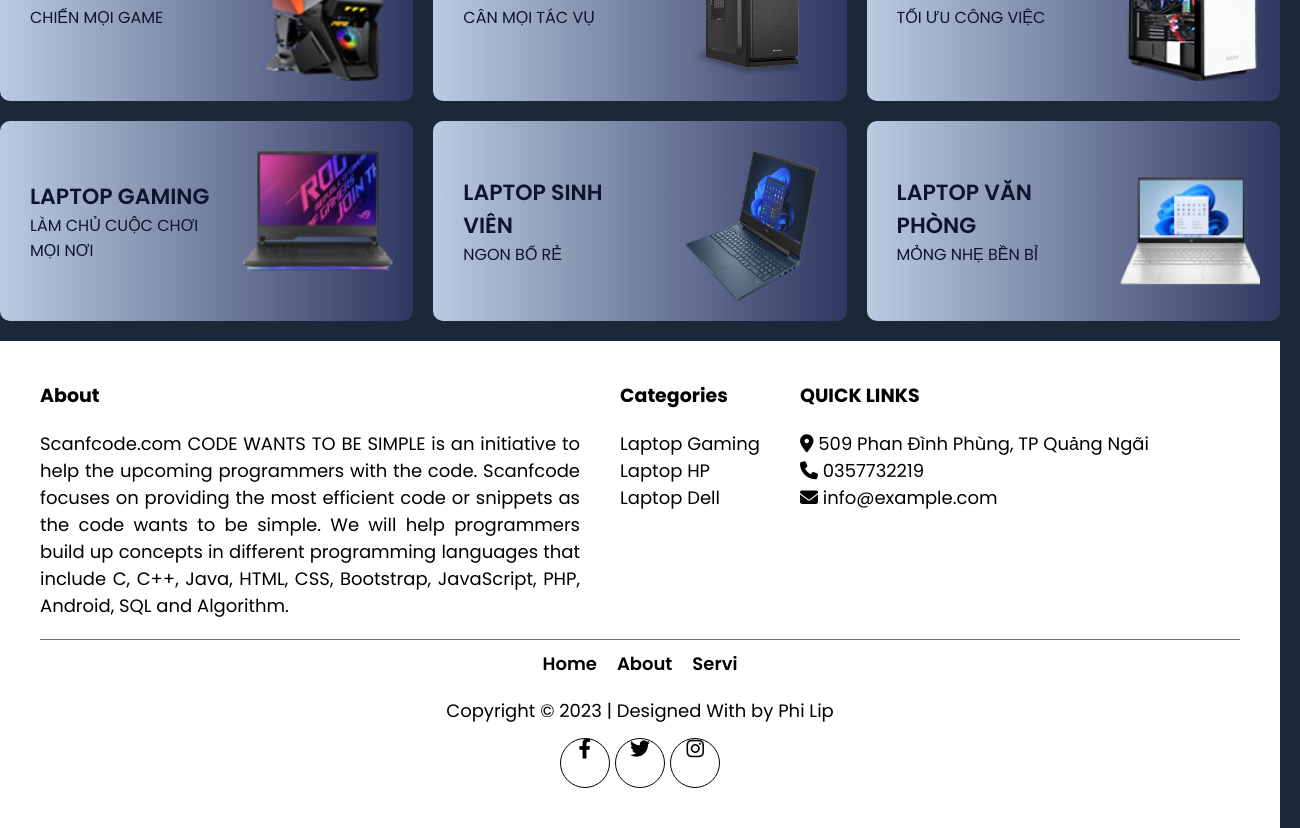
Repository: HPNChanel/DACS
Page: index.html
These files come from the project's save history. The page is drawn as it stood at one moment and after the next save; the edit follows.
The browser window is 1280 px wide. The page is 1300 px wide, so the pictures cover 1300 px, including what lies to the right of the window. The pictures show the part of the page from y = 819 to 1743 px (the page is 1647 px tall before and 1743 px after).

Above is the page before, as saved 2023-04-11 15:29:47.

### index.html
<!DOCTYPE html>
<html lang="en">
    <head>
        <meta charset="UTF-8" />
        <meta http-equiv="X-UA-Compatible" content="IE=edge" />
        <meta name="viewport" content="width=device-width, initial-scale=1.0" />
        <title>TNL Store</title>
        <link rel="stylesheet" href="./style/main.css" />
        <link rel="preconnect" href="https://fonts.googleapis.com" />
        <link rel="preconnect" href="https://fonts.gstatic.com" crossorigin />
        <link
            href="https://fonts.googleapis.com/css2?family=Poppins:ital,wght@0,100;0,200;0,300;0,400;0,500;0,600;0,700;1,100;1,200;1,300;1,400;1,500;1,700&display=swap"
            rel="stylesheet"
        />
        <link
            rel="stylesheet"
            href="https://cdnjs.cloudflare.com/ajax/libs/font-awesome/6.4.0/css/all.min.css"
            integrity="sha512-iecdLmaskl7CVkqkXNQ/ZH/XLlvWZOJyj7Yy7tcenmpD1ypASozpmT/E0iPtmFIB46ZmdtAc9eNBvH0H/ZpiBw=="
            crossorigin="anonymous"
            referrerpolicy="no-referrer"
        />
    </head>
    <body>
        <div class="slider">
            <div class="slides">
                <input type="radio" name="radio-btn" id="radio1" />
                <input type="radio" name="radio-btn" id="radio2" />
                <input type="radio" name="radio-btn" id="radio3" />
                <input type="radio" name="radio-btn" id="radio4" />

                <div class="slide first">
                    <img src="./image/slide-image1.jpg" alt="" />
                </div>
                <div class="slide">
                    <img src="./image/slide-image2.jpg" alt="" />
                </div>
                <div class="slide">
                    <img src="./image/slide-image3.jpg" alt="" />
                </div>
                <div class="slide">
                    <img src="./image/slide-image4.jpg" alt="" />
                </div>

                <div class="navigation-auto">
                    <div class="auto-btn1"></div>
                    <div class="auto-btn2"></div>
                    <div class="auto-btn3"></div>
                    <div class="auto-btn4"></div>
                </div>
            </div>

            <div class="navigation-manual">
                <label for="radio1" class="munual-btn"></label>
                <label for="radio2" class="munual-btn"></label>
                <label for="radio3" class="munual-btn"></label>
                <label for="radio4" class="munual-btn"></label>
            </div>
        </div>
        <!-- Block của content -->
        <div class="block">
            <div class="block-header">
                <span class="block-header-title">DANH MỤC SẢN PHẨM</span>
            </div>
            <div class="block-content">
                <a href="./pc-gaming.html">
                    <div class="text">PC Gaming</div>
                    <div class="text-sub">Chiến mọi game</div>
                    <img src="./image/cat_maytinh_v2.png" alt="" />
                </a>
                <a href="./pc-vanphong.html">
                    <div class="text">PC Văn Phòng</div>
                    <div class="text-sub">Cân mọi tác vụ</div>
                    <img src="./image/cat-vanphong.png" alt="" />
                </a>
                <a href="./pc-dohoa.html">
                    <div class="text">PC Đồ họa</div>
                    <div class="text-sub">Tối ưu công việc</div>
                    <img src="./image/cat_dohoa_v3.png" alt="" />
                </a>
                <a href="./laptop-gaming.html">
                    <div class="text">Laptop Gaming</div>
                    <div class="text-sub">Làm chủ cuộc chơi mọi nơi</div>
                    <img
                        src="./image/cat_ laptop_v2.png"
                        alt=""
                        class="height-image"
                    />
                </a>
                <a href="./laptop-sinhvien.html">
                    <div class="text">Laptop sinh viên</div>
                    <div class="text-sub">Ngon bổ rẻ</div>
                    <img src="./image/laptop_sinhvien.png" alt="" />
                </a>
                <a href="./laptop-vanphong.html">
                    <div class="text">Laptop Văn Phòng</div>
                    <div class="text-sub">Mỏng nhẹ bền bỉ</div>
                    <img src="./image/cat_laptop_hoctap_v2.png" alt="" />
                </a>
            </div>
        </div>

        <!-- footer -->
        <footer>
            <div class="footer-top">
                <div class="footer-about">
                    <h6>About</h6>
                    <p>
                        Scanfcode.com CODE WANTS TO BE SIMPLE is an initiative
                        to help the upcoming programmers with the code.
                        Scanfcode focuses on providing the most efficient code
                        or snippets as the code wants to be simple. We will help
                        programmers build up concepts in different programming
                        languages that include C, C++, Java, HTML, CSS,
                        Bootstrap, JavaScript, PHP, Android, SQL and Algorithm.
                    </p>
                </div>
                <div class="footer-categories">
                    <h6>Categories</h6>
                    <a href=""><p>Laptop Gaming</p></a>
                    <a href=""><p>Laptop HP</p></a>
                    <a href=""><p>Laptop Dell</p></a>
                </div>
                <div class="footer-quickLinks">
                    <h6>QUICK LINKS</h6>
                    <p>
                        <i class="fa-sharp fa-solid fa-location-dot"> </i> 509
                        Phan Đình Phùng, TP Quảng Ngãi
                    </p>
                    <p><i class="fa fa-phone"></i> 0357732219</p>
                    <p><i class="fa-solid fa-envelope"></i> info@example.com</p>
                </div>
            </div>
            <div class="footer-bottom">
                <div class="footer-nav">
                    <a href=""> <p>Home</p> </a>
                    <a href=""> <p>About</p> </a>
                    <a href=""> <p>Servi</p> </a>
                </div>
                <p>Copyright © 2023 | Designed With by Phi Lip</p>
                <div class="footer-icon-about">
                    <a href="">
                        <i class="fa-brands fa-facebook-f"></i>
                    </a>
                    <a href="">
                        <i class="fa-brands fa-twitter"></i>
                    </a>
                    <a href="">
                        <i class="fa-brands fa-instagram"></i>
                    </a>
                </div>
            </div>
        </footer>
        <script src="main.js"></script>
    </body>
</html>

### style/main.css
:root {
    --slide-background-color: #888282;
}
* {
    margin: 0;
    padding: 0;
    box-sizing: border-box;
    list-style: none;
    text-decoration: none;
}
html {
    font-size: 62.5%;
}
body {
    font-family: "Poppins", sans-serif;
    font-size: 1.6rem;
    margin: 0 auto;
    width: 1280px;
    margin: 0 atuo;
    background-color: #1b2838;
}
.slider {
    width: 1280px;
    height: 60rem;
    border-radius: 10px;
    overflow: hidden;
}
.slides {
    width: 500%;
    height: 50rem;
    display: flex;
}
.slides input {
    display: none;
}
.slide {
    width: 20%;
    transition: 2s;
}
.slide img {
    width: 1280px;
    height: 600px;
}

.navigation-manual {
    position: absolute;
    width: 1280px;
    display: flex;
    justify-content: center;
    margin-top: 40px;
}
.munual-btn {
    border: 2px solid var(--slide-background-color);
    padding: 5px;
    border-radius: 10px;
    cursor: pointer;
    transition: 1s;
}
.munual-btn:not(:last-child) {
    margin-right: 10px;
}
.munual-btn:hover {
    background-color: var(--slide-background-color);
}

#radio1:checked ~ .first {
    margin-left: 0;
}
#radio2:checked ~ .first {
    margin-left: -20%;
}
#radio3:checked ~ .first {
    margin-left: -40%;
}
#radio4:checked ~ .first {
    margin-left: -60%;
}

.navigation-auto {
    position: absolute;
    display: flex;
    width: 1280px;
    justify-content: center;
    margin-top: 540px;
}
.navigation-auto div {
    border: 2px solid var(--slide-background-color);
    padding: 5px;
    border-radius: 10px;
    transition: 1s;
}
.navigation-auto div:not(:last-child) {
    margin-right: 10px;
}

#radio1:checked ~ .navigation-auto .auto-btn1 {
    background-color: var(--slide-background-color);
}
#radio2:checked ~ .navigation-auto .auto-btn2 {
    background-color: var(--slide-background-color);
}
#radio3:checked ~ .navigation-auto .auto-btn3 {
    background-color: var(--slide-background-color);
}
#radio4:checked ~ .navigation-auto .auto-btn4 {
    background-color: var(--slide-background-color);
}

.block {
    margin-top: 60px;
}
.block-header {
    display: flex;
    align-items: center;
    justify-content: center;
    background-color: #aba4a4;
    height: 10px;
}
.block-header-title {
    position: relative;
    padding-left: 50px;
    padding-right: 50px;
    background-color: white;
    font-weight: 600;
    border-radius: 30px;
    font-size: 2.4rem;
    color: #0d1430;
}
.block-content {
    margin-top: 50px;
    display: flex;
    flex-wrap: wrap;
    margin-right: -2rem;
}
.block-content a {
    width: calc(33.33% - 2rem);
    height: 20rem;
    display: flex;
    flex-direction: column;
    align-items: flex-start;
    justify-content: center;
    margin-right: 2rem;
    margin-bottom: 2rem;
    padding-left: 30px;
    background: linear-gradient(to right, #bbcbe1 0, #313965e4 100%);
    position: relative;
    border-radius: 10px;
}
.block-content .text,
.block-content .text-sub {
    text-transform: uppercase;
    color: #0d1430;
    width: 50%;
}
.block-content .text {
    font-weight: 600;
    font-size: 2.2rem;
}
.block-content img {
    position: absolute;
    top: 3rem;
    right: 2rem;
    width: 15rem;
    height: 15rem;
    /* box-shadow: 10px 10px 10px red; */
}
.block-content .height-image {
    height: 12rem;
}
.block-content a:hover {
    scale: 1.05;
    transition: all 0.2s ease-in-out;
    box-shadow: 0px 0 10px 5px #dce5f3;
}

/* Footer*/
footer {
    width: 100%;
    background-color: white;
    padding: 40px;
}
.footer-top {
    display: flex;
    color: black;
    font-size: 18px;
    border-bottom: 1px solid #6f6d6d;
    padding-bottom: 20px;
}
.footer-about {
    width: 45%;
    margin-right: 40px;
}
.footer-about p {
    text-align: justify;
}
h6 {
    font-size: 19px;
    font-weight: 700;
    margin-bottom: 20px;
}

.footer-categories a {
    color: black;
}
.footer-categories {
    margin-right: 40px;
}
.footer-bottom {
    display: flex;
    align-items: center;
    flex-direction: column;
}
.footer-nav {
    display: flex;
    flex-direction: row;
}
.footer-nav a {
    font-size: 18px;
    color: black;
    font-weight: 600;
    margin: 10px;
}
.footer-bottom p {
    font-size: 18px;
    margin-bottom: 10px;
}
.footer-icon-about {
    font-size: 20px;
}
.footer-icon-about > a {
    display: inline-block;
    width: 50px;
    border: 1px solid black;
    border-radius: 50%;
    height: 50px;
}
.footer-icon-about i {
    color: black;
    display: flex;
    align-items: center;
    justify-content: center;
}

### main.js
var counter = 1;
setInterval(function () {
  document.getElementById("radio" + counter).checked = true;
  counter++;
  if (counter > 4) {
    counter = 1;
  }
}, 5000);

After the next save:
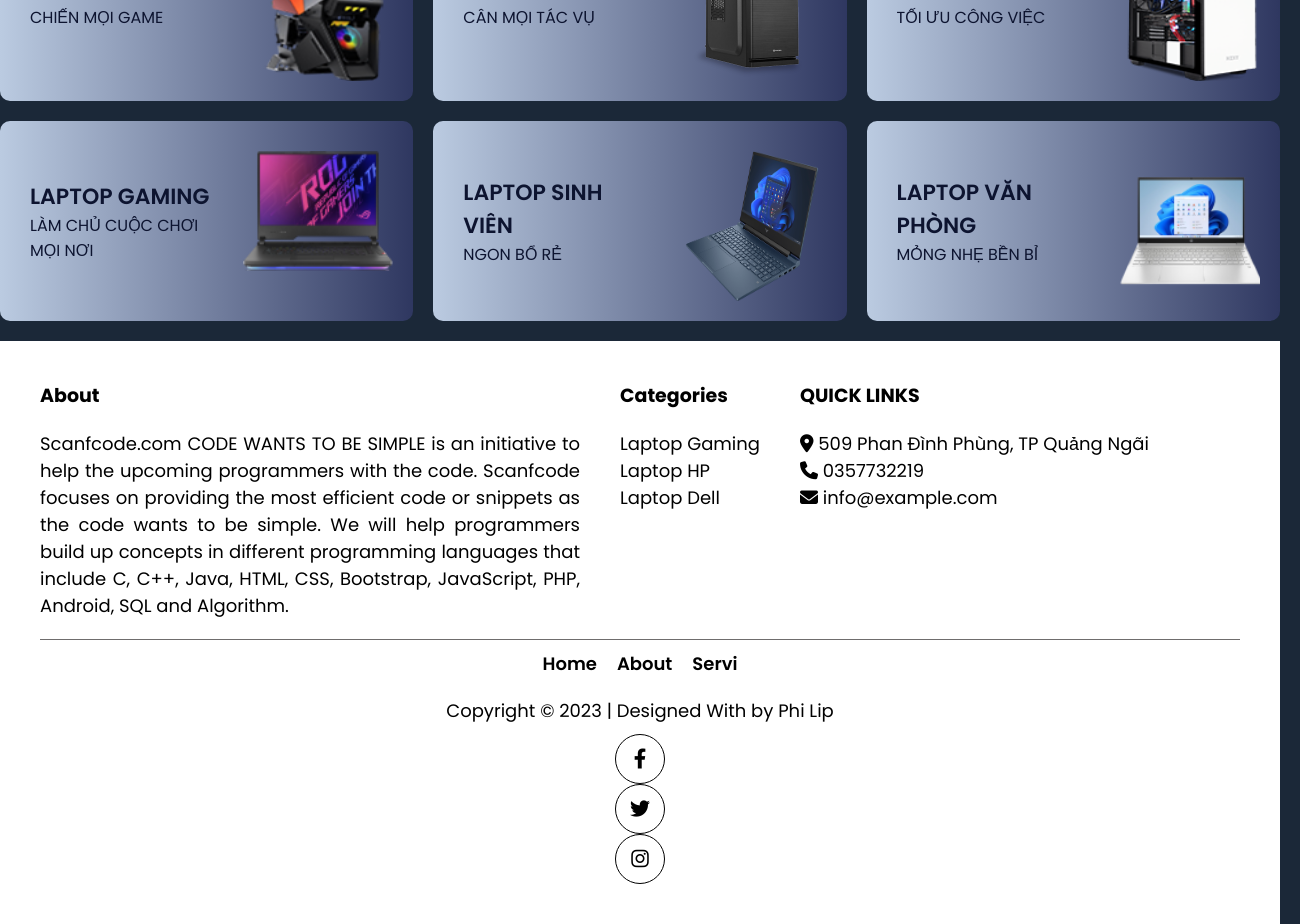
Saved 12 s later.
--- a/style/main.css
+++ b/style/main.css
@@ -233,10 +233,10 @@ h6 {
     border: 1px solid black;
     border-radius: 50%;
     height: 50px;
+    display: flex;
+    align-items: center;
+    justify-content: center;
 }
 .footer-icon-about i {
     color: black;
-    display: flex;
-    align-items: center;
-    justify-content: center;
-}
+}
